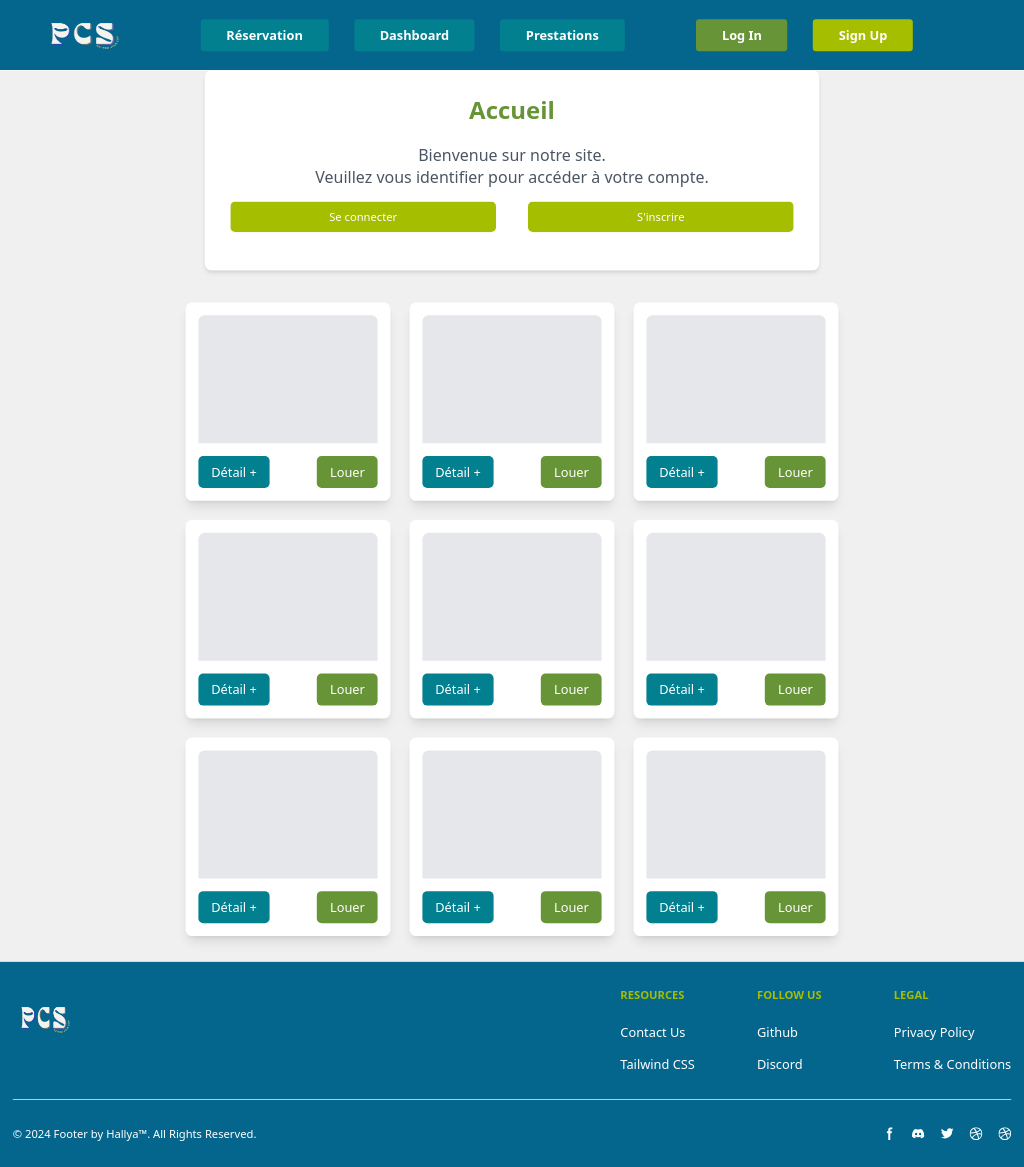
Repository: HATTOUNGBRE/ProjetAnnuel2
Page: / (app in FRONT/)
These files come from the project's save history. The page is drawn as it stood at one moment and after the next save; the edit follows.
The browser window is 1280 px wide. The pictures show the whole page, at 80% of full size.
The project was rebuilt for these pictures with package versions that can differ from the ones it lists, and the page was loaded fresh each time. Also part of the build but not shown: FRONT/vite.config.js, FRONT/src/components/Contact.jsx, FRONT/src/components/CatUser.jsx, FRONT/src/components/Login.jsx, FRONT/src/components/Account.jsx, FRONT/src/components/Inscription.jsx, FRONT/src/components/dashboard/VoyageurDashboard.jsx, FRONT/src/components/proprio/EditProduct.jsx and 11 more.

Above is the page before, as saved 2024-06-21 18:08:37.

After the next save:
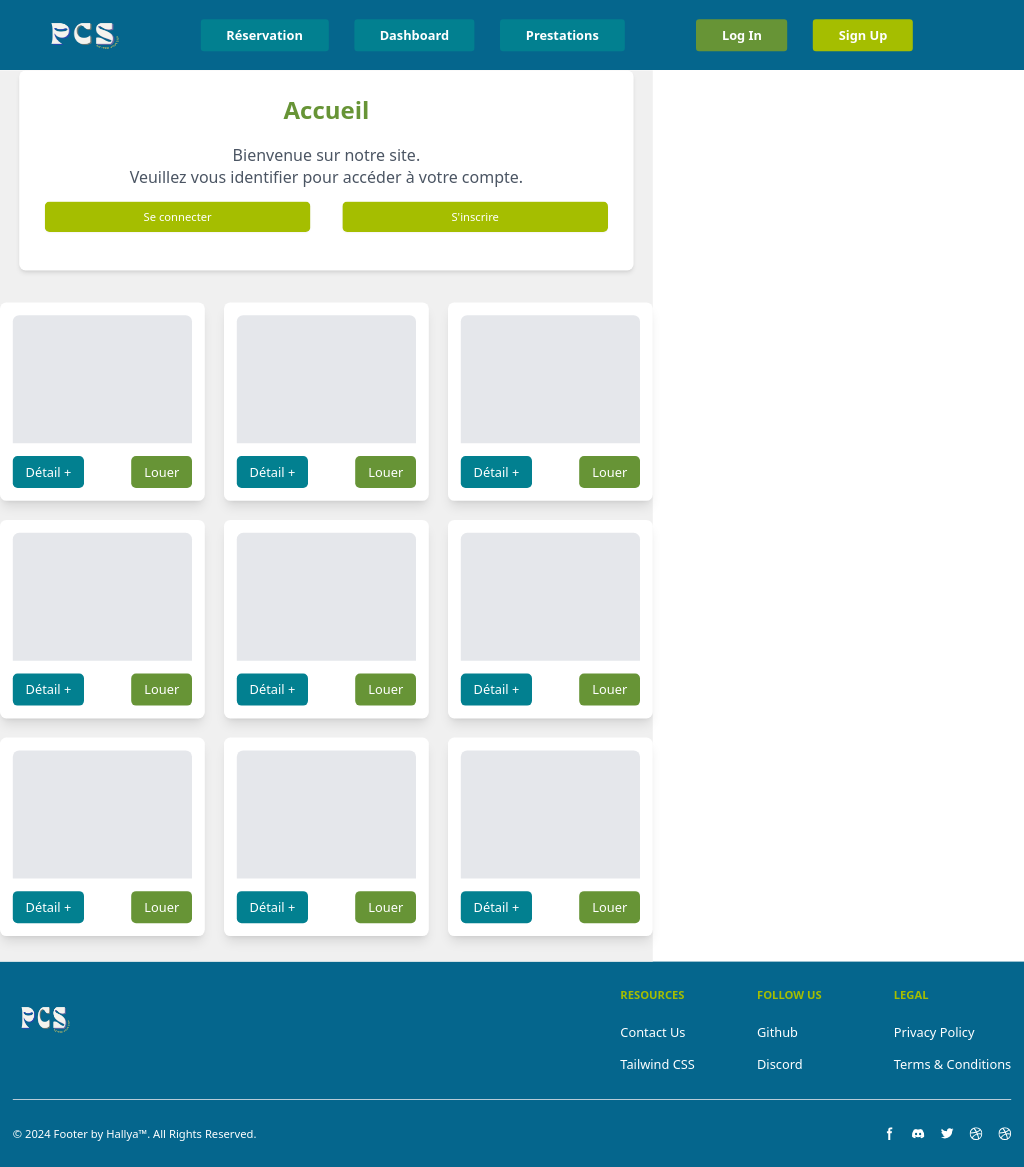
Saved 3 min 34 s later.
--- a/FRONT/src/App.css
+++ b/FRONT/src/App.css
@@ -54,9 +54,8 @@
 
 
 main {
-  flex: 1;
   display: flex;
-  flex-direction: column; /* Assurez-vous que cela prend toute la place entre l'en-tête et le pied de page */
+  /* Assurez-vous que cela prend toute la place entre l'en-tête et le pied de page */
 }
 
 footer {

After the save that followed:
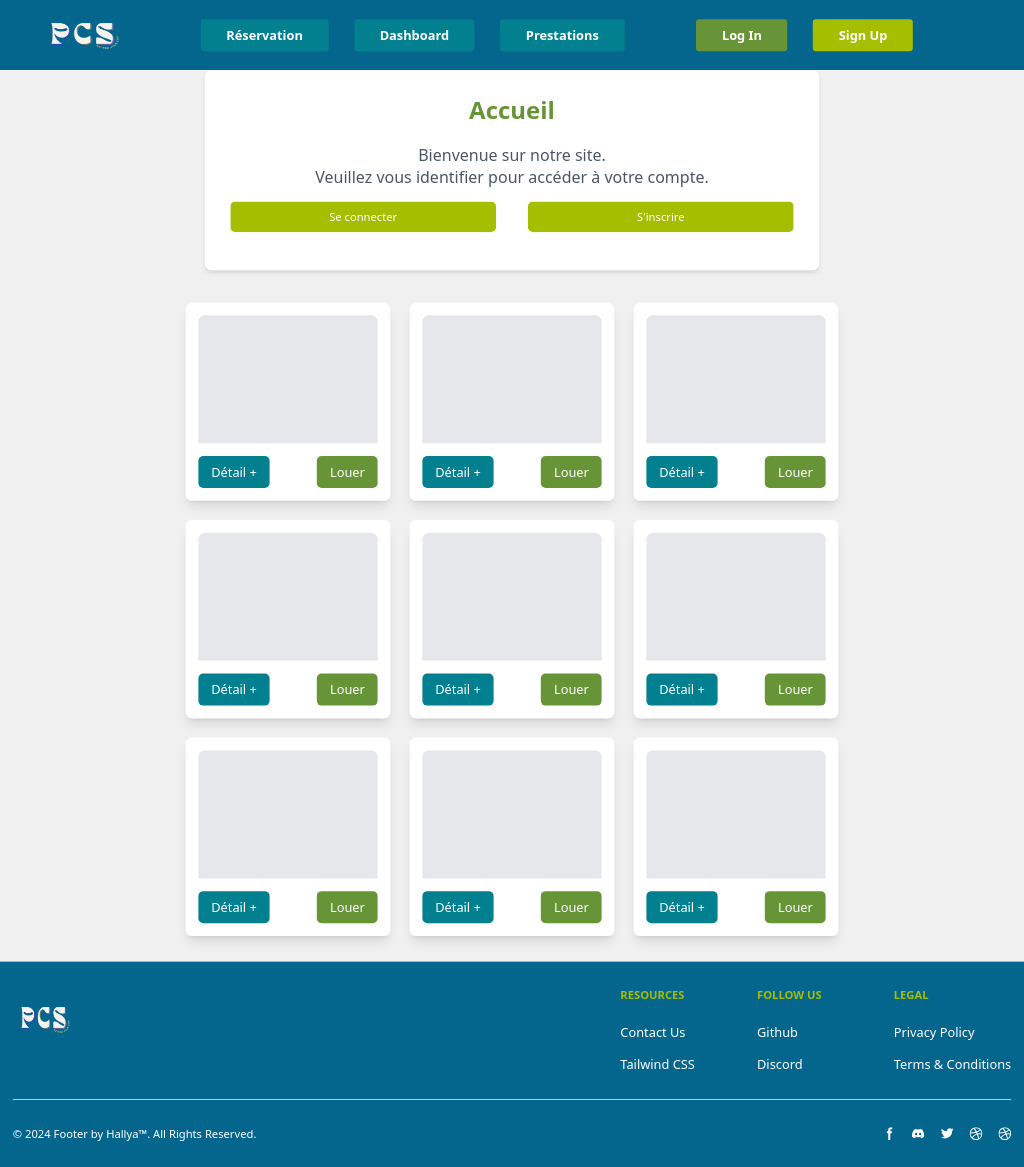
Saved 94 s later.
--- a/FRONT/src/App.css
+++ b/FRONT/src/App.css
@@ -54,7 +54,6 @@
 
 
 main {
-  display: flex;
   /* Assurez-vous que cela prend toute la place entre l'en-tête et le pied de page */
 }
 
